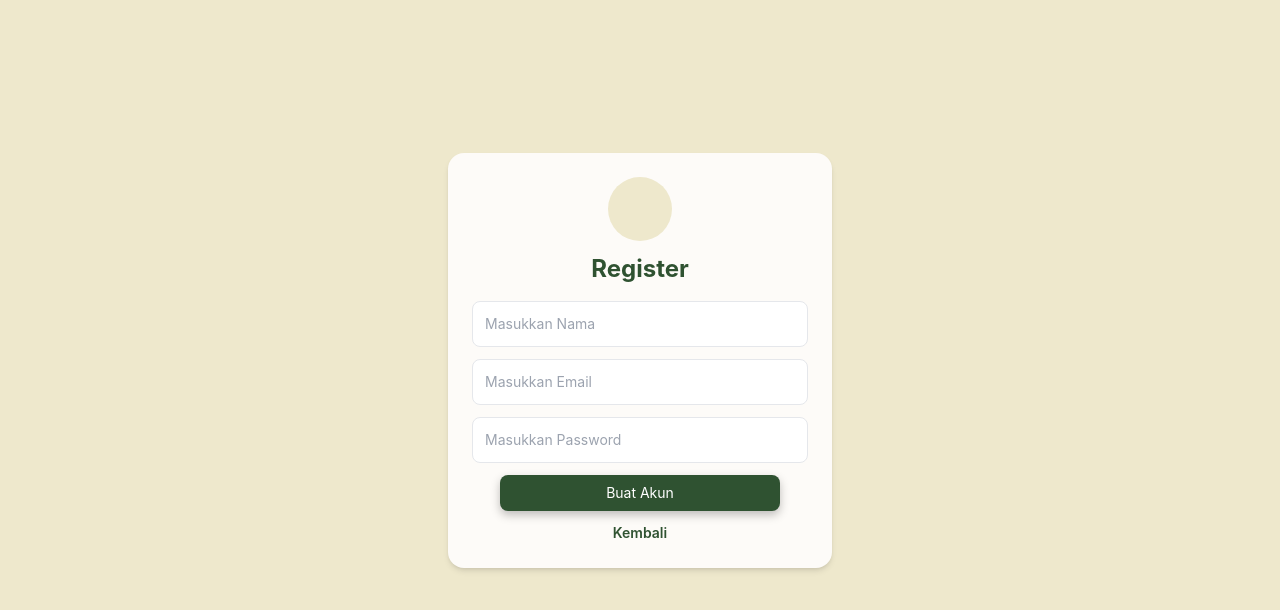
Repository: PajarAland/DiagramCoffee
Page: /register
The author's editor kept a copy of each file at every save. The page is drawn from the files as they stood at one save, then again after the next save.
The browser window is 1280 px wide. The pictures show the whole page.
The project was rebuilt for these pictures with package versions that can differ from the ones it lists, and the page was loaded fresh each time. Also part of the build but not shown: vite.config.js, src/pages/Landing.jsx, src/pages/Login.jsx.

Above is the page before, as saved 2026-04-25 04:29:58.

### index.html
<!doctype html>
<html lang="en">
  <head>
    <meta charset="UTF-8" />
    <link rel="icon" type="image/svg+xml" href="/favicon.svg" />
    <meta name="viewport" content="width=device-width, initial-scale=1.0" />
    <title>diagramcoffee</title>
  </head>
  <body>
    <div id="root"></div>
    <script type="module" src="/src/main.jsx"></script>
  </body>
</html>

### src/index.css
@tailwind base;
@tailwind components;
@tailwind utilities;

body {
  @apply font-sans;
}

### src/App.jsx
import { BrowserRouter, Routes, Route } from "react-router-dom";
import Landing from "./pages/Landing";
import Login from "./pages/Login";
import Register from "./pages/Register";

function App() {
  return (
    <BrowserRouter>
      <Routes>
        <Route path="/" element={<Landing />} />
        <Route path="/login" element={<Login />} />
        <Route path="/register" element={<Register />} />
      </Routes>
    </BrowserRouter>
  );
}

export default App;

### src/pages/Register.jsx
import { useState } from "react";
import { useNavigate } from "react-router-dom";
import API from "../services/api";

function Register() {
    const navigate = useNavigate();
    const [email, setEmail] = useState("");
    const [password, setPassword] = useState("");

    const handleRegister = (e) => {
        e.preventDefault();
        console.log({ email, password });
        // nanti connect ke Laravel API di sini
    };

    return (
        <div className="min-h-screen bg-[#EEE8CC] flex items-center justify-center">
        <div className="bg-[#FDFBF8] w-full max-w-sm rounded-2xl p-6 shadow-md text-center">

            {/* Avatar */}
            <div className="w-16 h-16 bg-[#EEE8CC] rounded-full mx-auto mb-3"></div>

            {/* Title */}
            <h2 className="text-[#2F5231] font-bold text-2xl mb-4">
            Register
            </h2>

            {/* Form */}
            <form onSubmit={handleRegister} className="space-y-3">

            <input
                type="text"
                placeholder="Masukkan Nama"
                value={name}
                onChange={(e) => setName(e.target.value)}
                className="w-full border rounded-lg px-3 py-3 text-sm outline-none"
            />

            <input
                type="email"
                placeholder="Masukkan Email"
                value={email}
                onChange={(e) => setEmail(e.target.value)}
                className="w-full border rounded-lg px-3 py-3 text-sm outline-none"
            />

            <input
                type="password"
                placeholder="Masukkan Password"
                value={password}
                onChange={(e) => setPassword(e.target.value)}
                className="w-full border rounded-lg px-3 py-3 text-sm outline-none"
            />

            {/* Button */}
            <button
                type="submit"
                className="w-10/12 bg-[#2F5231] text-sm text-white py-2 rounded-lg mt-4 shadow-[0_4px_10px_rgba(0,0,0,0.25)]"
            >
                Buat Akun
            </button>
            </form>

            {/* Footer */}
            {/* <p className="text-xs text-[#2F5231] font-medium mt-4">
            Belum punya akun?
            </p> */}

            <button
                onClick={() => {
                    if (window.history.length > 1) {
                        navigate(-1);
                    } else {
                        navigate("/");
                    }
                }}

                className="text-sm text-[#2F5231] font-semibold mt-3 hover:underline"
            >
                Kembali
            </button>
        </div>
        </div>
    );
}

export default Register;

### src/services/api.js
import axios from "axios";

const API = axios.create({
  baseURL: "http://127.0.0.1:8000/",
  headers: {
    "Content-Type": "application/json",
  },
});

// otomatis kirim token kalau ada
API.interceptors.request.use((config) => {
  const token = localStorage.getItem("token");

  if (token) {
    config.headers.Authorization = `Bearer ${token}`;
  }

  return config;
});

export default API;

### tailwind.config.js
/** @type {import('tailwindcss').Config} */
export default {
  content: [
    "./index.html",
    "./src/**/*.{js,jsx,ts,tsx}",
  ],
  theme: {
    fontFamily: {
      sans: ["Inter", "ui-sans-serif", "system-ui"],
    },
    extend: {},
  },
  plugins: [],
}

Loaded but not shown: src/main.jsx (common file)

After the next save:
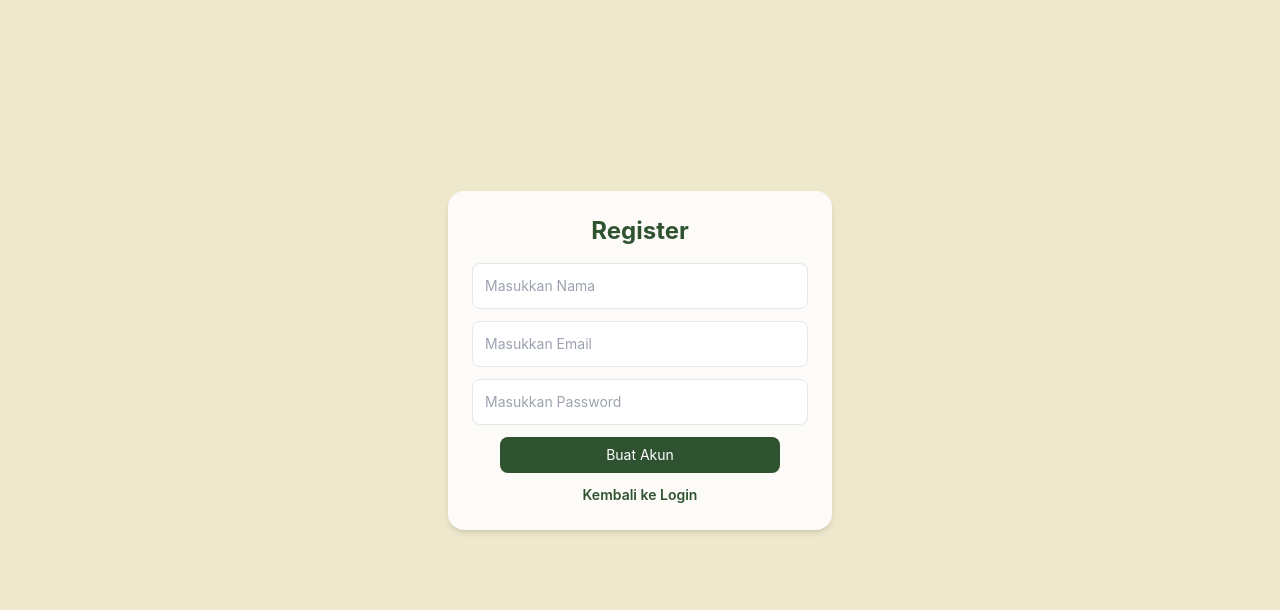
Saved 74 s later.
--- a/src/pages/Register.jsx
+++ b/src/pages/Register.jsx
@@ -4,82 +4,98 @@
 
 function Register() {
     const navigate = useNavigate();
+
+    const [name, setName] = useState("");
     const [email, setEmail] = useState("");
     const [password, setPassword] = useState("");
 
-    const handleRegister = (e) => {
+    const handleRegister = async (e) => {
         e.preventDefault();
-        console.log({ email, password });
-        // nanti connect ke Laravel API di sini
+
+        try {
+            const response = await API.post("/register", {
+                name,
+                email,
+                password,
+            });
+
+            const data = response.data;
+            console.log(data);
+
+            if (data.success) {
+                localStorage.setItem("token", data.data.access_token);
+                localStorage.setItem("user", JSON.stringify(data.data.user));
+
+                navigate("/home");
+            }
+
+        } catch (error) {
+            console.error(error);
+
+            if (error.response) {
+                console.log(error.response.data);
+
+                // tampilkan error validasi
+                if (error.response.data.errors) {
+                    alert(Object.values(error.response.data.errors).join("\n"));
+                } else {
+                    alert(error.response.data.message);
+                }
+            } else {
+                alert("Server error");
+            }
+        }
     };
 
     return (
         <div className="min-h-screen bg-[#EEE8CC] flex items-center justify-center">
-        <div className="bg-[#FDFBF8] w-full max-w-sm rounded-2xl p-6 shadow-md text-center">
+            <div className="bg-[#FDFBF8] w-full max-w-sm rounded-2xl p-6 shadow-md text-center">
 
-            {/* Avatar */}
-            <div className="w-16 h-16 bg-[#EEE8CC] rounded-full mx-auto mb-3"></div>
+                <h2 className="text-[#2F5231] font-bold text-2xl mb-4">
+                    Register
+                </h2>
 
-            {/* Title */}
-            <h2 className="text-[#2F5231] font-bold text-2xl mb-4">
-            Register
-            </h2>
+                <form onSubmit={handleRegister} className="space-y-3">
 
-            {/* Form */}
-            <form onSubmit={handleRegister} className="space-y-3">
+                    <input
+                        type="text"
+                        placeholder="Masukkan Nama"
+                        value={name}
+                        onChange={(e) => setName(e.target.value)}
+                        className="w-full border rounded-lg px-3 py-3 text-sm outline-none"
+                    />
 
-            <input
-                type="text"
-                placeholder="Masukkan Nama"
-                value={name}
-                onChange={(e) => setName(e.target.value)}
-                className="w-full border rounded-lg px-3 py-3 text-sm outline-none"
-            />
+                    <input
+                        type="email"
+                        placeholder="Masukkan Email"
+                        value={email}
+                        onChange={(e) => setEmail(e.target.value)}
+                        className="w-full border rounded-lg px-3 py-3 text-sm outline-none"
+                    />
 
-            <input
-                type="email"
-                placeholder="Masukkan Email"
-                value={email}
-                onChange={(e) => setEmail(e.target.value)}
-                className="w-full border rounded-lg px-3 py-3 text-sm outline-none"
-            />
+                    <input
+                        type="password"
+                        placeholder="Masukkan Password"
+                        value={password}
+                        onChange={(e) => setPassword(e.target.value)}
+                        className="w-full border rounded-lg px-3 py-3 text-sm outline-none"
+                    />
 
-            <input
-                type="password"
-                placeholder="Masukkan Password"
-                value={password}
-                onChange={(e) => setPassword(e.target.value)}
-                className="w-full border rounded-lg px-3 py-3 text-sm outline-none"
-            />
+                    <button
+                        type="submit"
+                        className="w-10/12 bg-[#2F5231] text-sm text-white py-2 rounded-lg mt-4"
+                    >
+                        Buat Akun
+                    </button>
+                </form>
 
-            {/* Button */}
-            <button
-                type="submit"
-                className="w-10/12 bg-[#2F5231] text-sm text-white py-2 rounded-lg mt-4 shadow-[0_4px_10px_rgba(0,0,0,0.25)]"
-            >
-                Buat Akun
-            </button>
-            </form>
-
-            {/* Footer */}
-            {/* <p className="text-xs text-[#2F5231] font-medium mt-4">
-            Belum punya akun?
-            </p> */}
-
-            <button
-                onClick={() => {
-                    if (window.history.length > 1) {
-                        navigate(-1);
-                    } else {
-                        navigate("/");
-                    }
-                }}
-
-                className="text-sm text-[#2F5231] font-semibold mt-3 hover:underline"
-            >
-                Kembali
-            </button>
-        </div>
+                <button
+                    onClick={() => navigate("/login")}
+                    className="text-sm text-[#2F5231] font-semibold mt-3 hover:underline"
+                >
+                    Kembali ke Login
+                </button>
+            </div>
         </div>
     );
 }

After the save that followed:
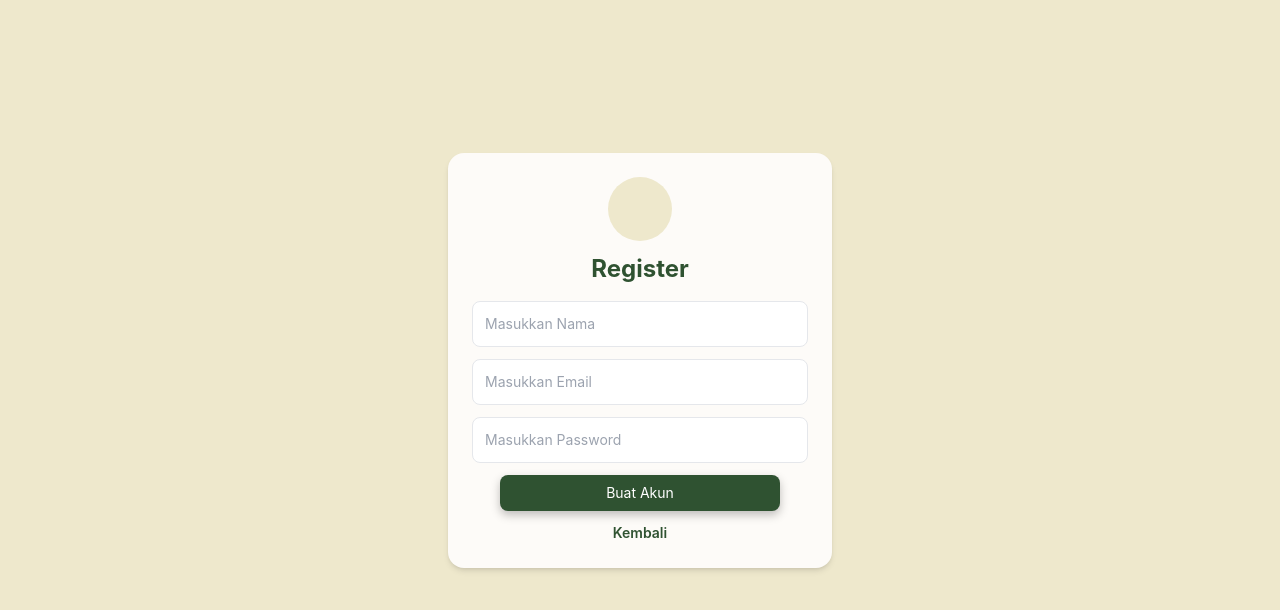
Saved 4 s later.
--- a/src/pages/Register.jsx
+++ b/src/pages/Register.jsx
@@ -4,10 +4,9 @@
 
 function Register() {
     const navigate = useNavigate();
-
-    const [name, setName] = useState("");
     const [email, setEmail] = useState("");
     const [password, setPassword] = useState("");
+    const [name, setName] = useState("");
 
     const handleRegister = async (e) => {
         e.preventDefault();
@@ -23,9 +22,13 @@
             console.log(data);
 
             if (data.success) {
+                // simpan token
                 localStorage.setItem("token", data.data.access_token);
+
+                // simpan user
                 localStorage.setItem("user", JSON.stringify(data.data.user));
 
+                // redirect ke home
                 navigate("/home");
             }
 
@@ -33,14 +36,7 @@
             console.error(error);
 
             if (error.response) {
-                console.log(error.response.data);
-
-                // tampilkan error validasi
-                if (error.response.data.errors) {
-                    alert(Object.values(error.response.data.errors).join("\n"));
-                } else {
-                    alert(error.response.data.message);
-                }
+                alert(error.response.data.message);
             } else {
                 alert("Server error");
             }
@@ -49,53 +45,71 @@
 
     return (
         <div className="min-h-screen bg-[#EEE8CC] flex items-center justify-center">
-            <div className="bg-[#FDFBF8] w-full max-w-sm rounded-2xl p-6 shadow-md text-center">
+        <div className="bg-[#FDFBF8] w-full max-w-sm rounded-2xl p-6 shadow-md text-center">
 
-                <h2 className="text-[#2F5231] font-bold text-2xl mb-4">
-                    Register
-                </h2>
+            {/* Avatar */}
+            <div className="w-16 h-16 bg-[#EEE8CC] rounded-full mx-auto mb-3"></div>
 
-                <form onSubmit={handleRegister} className="space-y-3">
+            {/* Title */}
+            <h2 className="text-[#2F5231] font-bold text-2xl mb-4">
+            Register
+            </h2>
 
-                    <input
-                        type="text"
-                        placeholder="Masukkan Nama"
-                        value={name}
-                        onChange={(e) => setName(e.target.value)}
-                        className="w-full border rounded-lg px-3 py-3 text-sm outline-none"
-                    />
+            {/* Form */}
+            <form onSubmit={handleRegister} className="space-y-3">
 
-                    <input
-                        type="email"
-                        placeholder="Masukkan Email"
-                        value={email}
-                        onChange={(e) => setEmail(e.target.value)}
-                        className="w-full border rounded-lg px-3 py-3 text-sm outline-none"
-                    />
+            <input
+                type="text"
+                placeholder="Masukkan Nama"
+                value={name}
+                onChange={(e) => setName(e.target.value)}
+                className="w-full border rounded-lg px-3 py-3 text-sm outline-none"
+            />
 
-                    <input
-                        type="password"
-                        placeholder="Masukkan Password"
-                        value={password}
-                        onChange={(e) => setPassword(e.target.value)}
-                        className="w-full border rounded-lg px-3 py-3 text-sm outline-none"
-                    />
+            <input
+                type="email"
+                placeholder="Masukkan Email"
+                value={email}
+                onChange={(e) => setEmail(e.target.value)}
+                className="w-full border rounded-lg px-3 py-3 text-sm outline-none"
+            />
 
-                    <button
-                        type="submit"
-                        className="w-10/12 bg-[#2F5231] text-sm text-white py-2 rounded-lg mt-4"
-                    >
-                        Buat Akun
-                    </button>
-                </form>
+            <input
+                type="password"
+                placeholder="Masukkan Password"
+                value={password}
+                onChange={(e) => setPassword(e.target.value)}
+                className="w-full border rounded-lg px-3 py-3 text-sm outline-none"
+            />
 
-                <button
-                    onClick={() => navigate("/login")}
-                    className="text-sm text-[#2F5231] font-semibold mt-3 hover:underline"
-                >
-                    Kembali ke Login
-                </button>
-            </div>
+            {/* Button */}
+            <button
+                type="submit"
+                className="w-10/12 bg-[#2F5231] text-sm text-white py-2 rounded-lg mt-4 shadow-[0_4px_10px_rgba(0,0,0,0.25)]"
+            >
+                Buat Akun
+            </button>
+            </form>
+
+            {/* Footer */}
+            {/* <p className="text-xs text-[#2F5231] font-medium mt-4">
+            Belum punya akun?
+            </p> */}
+
+            <button
+                onClick={() => {
+                    if (window.history.length > 1) {
+                        navigate(-1);
+                    } else {
+                        navigate("/");
+                    }
+                }}
+
+                className="text-sm text-[#2F5231] font-semibold mt-3 hover:underline"
+            >
+                Kembali
+            </button>
+        </div>
         </div>
     );
 }
